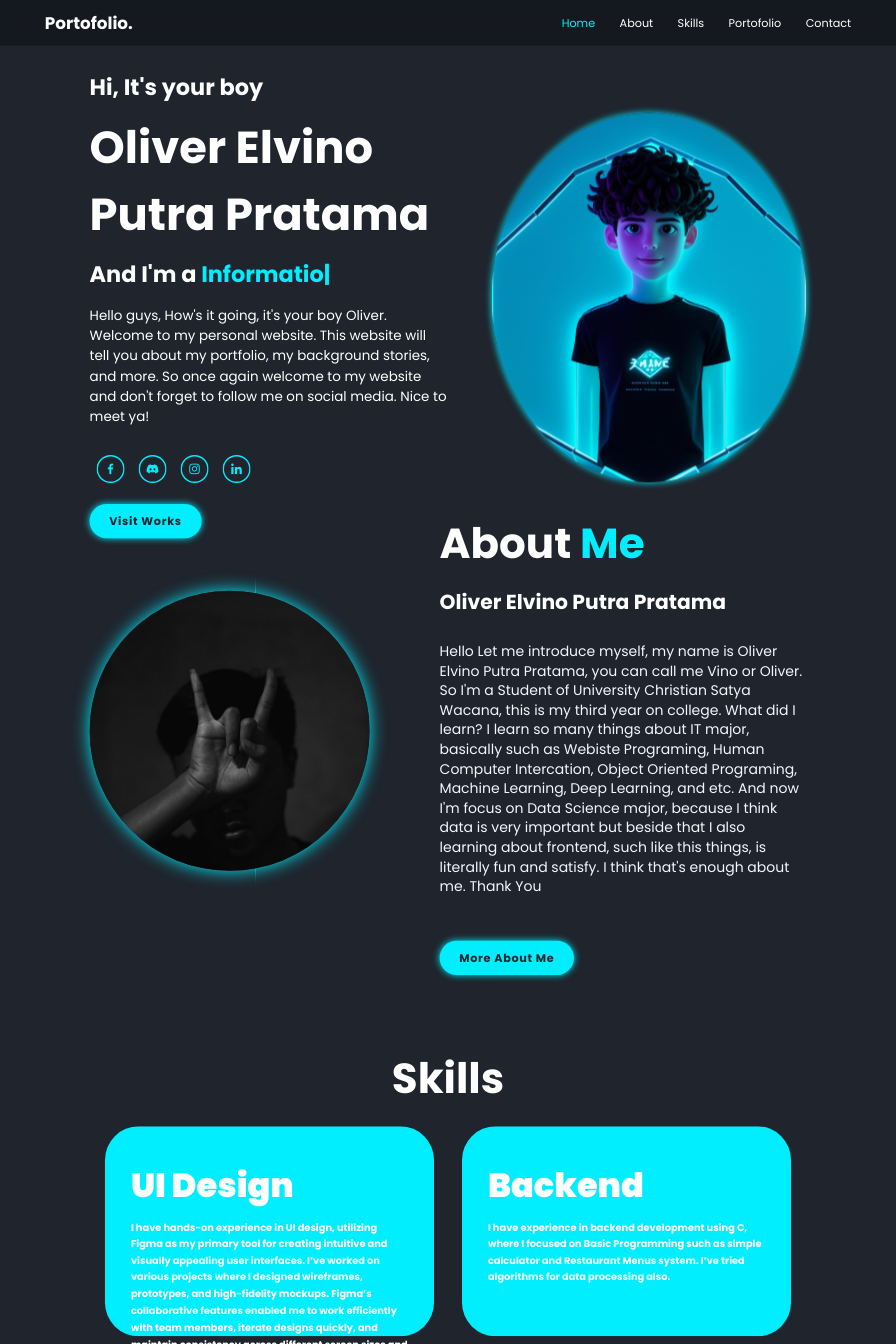
Repository: Olovrelvino/personalWebsite-HtmlCssJs-project
Page: main.html
These files come from the project's save history. The page is drawn as it stood at one moment and after the next save; the edit follows.
The browser window is 1280 px wide. The pictures show the part of the page from y = 0 to 1920 px (the page is 3513 px tall before and 3413 px after), at 70% of full size.
Some web libraries are served in a nearby version.

Above is the page before, as saved 2024-09-23 22:55:46.

After the next save:
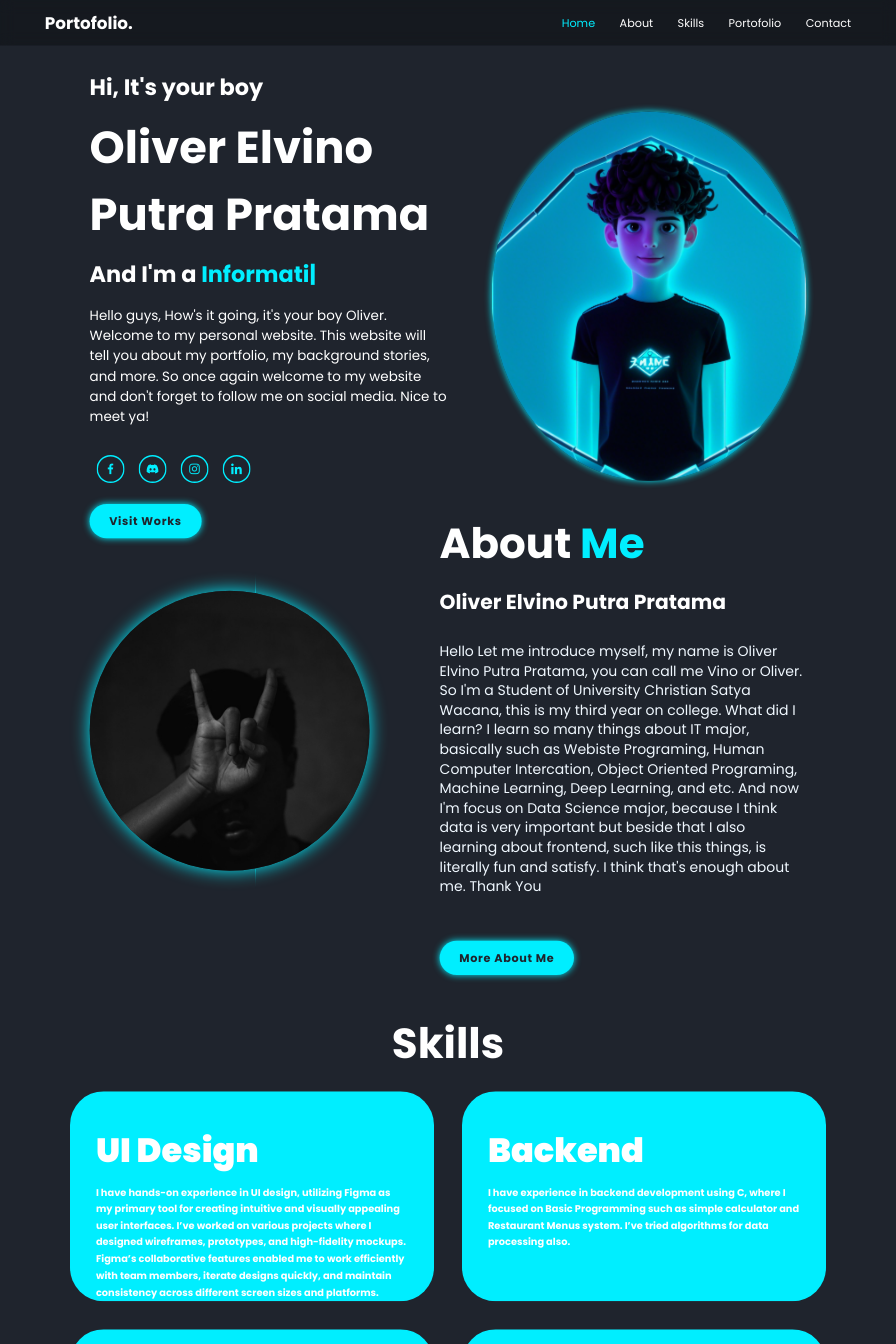
Saved 8 s later.
--- a/style.css
+++ b/style.css
@@ -337,7 +337,7 @@
 }
 
 .Skills {
-    margin: 150px;
+    margin: 100px;
 }
 
 .skills-text h2 {

After the 2 saves that followed:
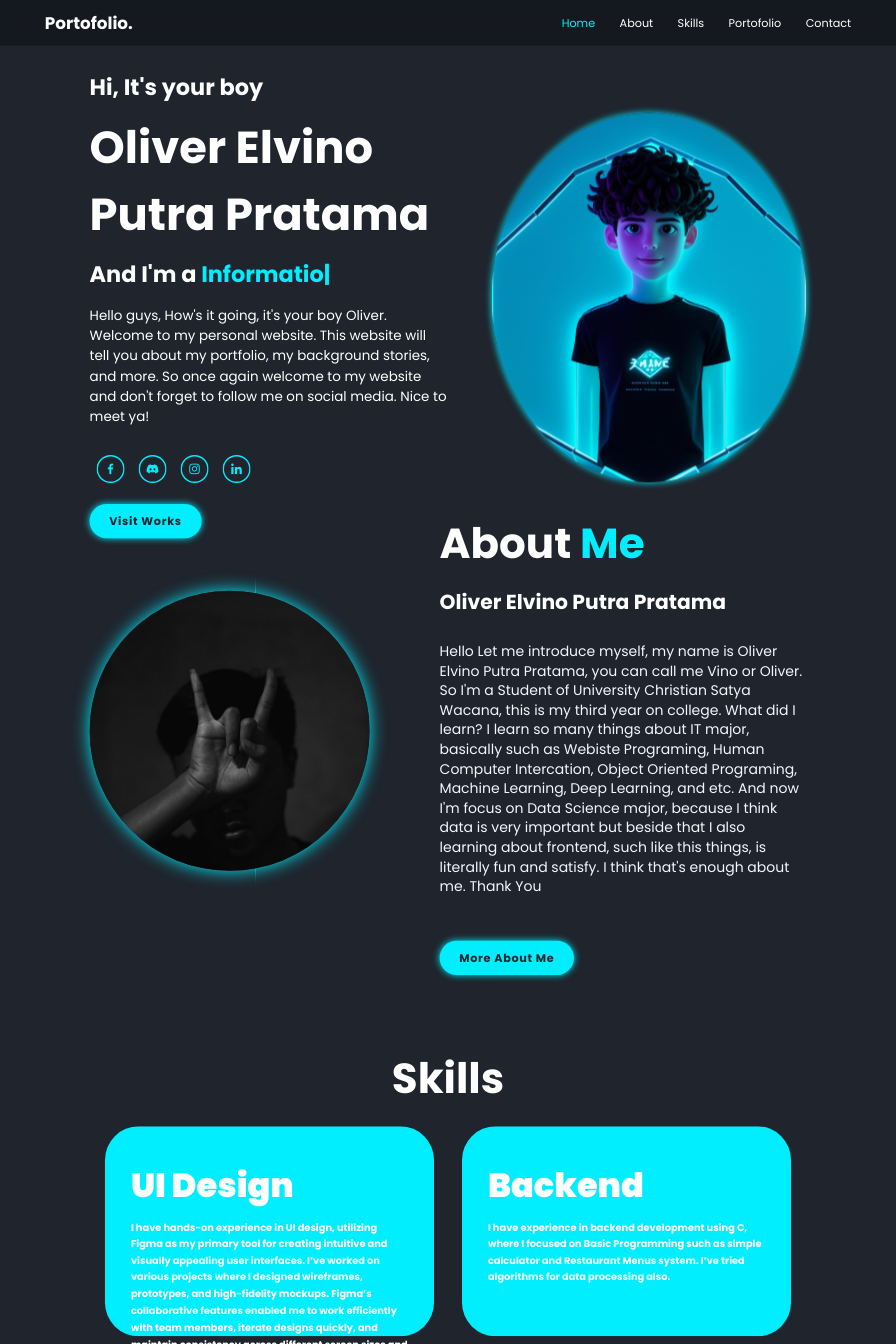
The 2 saves are shown as one change because they came seconds apart.
The last was saved 16 s later.
--- a/style.css
+++ b/style.css
@@ -337,7 +337,7 @@
 }
 
 .Skills {
-    margin: 100px;
+    margin: 150px;
 }
 
 .skills-text h2 {
